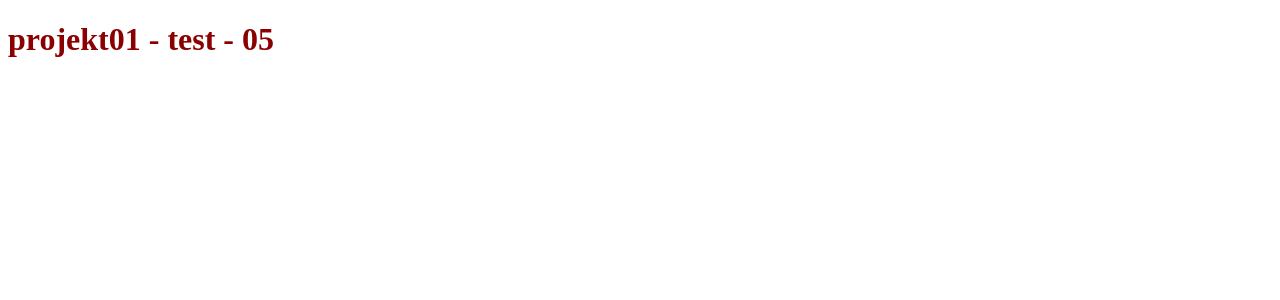
Repository: Tomjand/projekt-01
Page: index.html
These files come from the project's save history. The page is drawn as it stood at one moment and after a run of saves; the edit follows.
The browser window is 1280 px wide. The pictures show the whole page.

Above is the page before, as saved 2022-11-14 15:10:25.

After the next 2 saves:
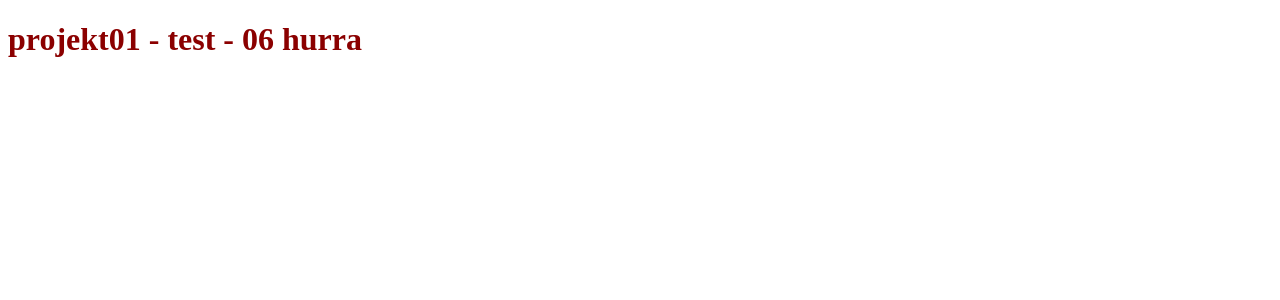
The 2 saves are shown as one change because they came seconds apart.
The last was saved 16 min 50 s later.
--- a/index.html
+++ b/index.html
@@ -8,6 +8,6 @@
     <link rel="stylesheet" href="style.css">
 </head>
 <body>
-    <h1>projekt01 - test - 05</h1>
+    <h1>projekt01 - test - 06 hurra</h1>
 </body>
 </html>
